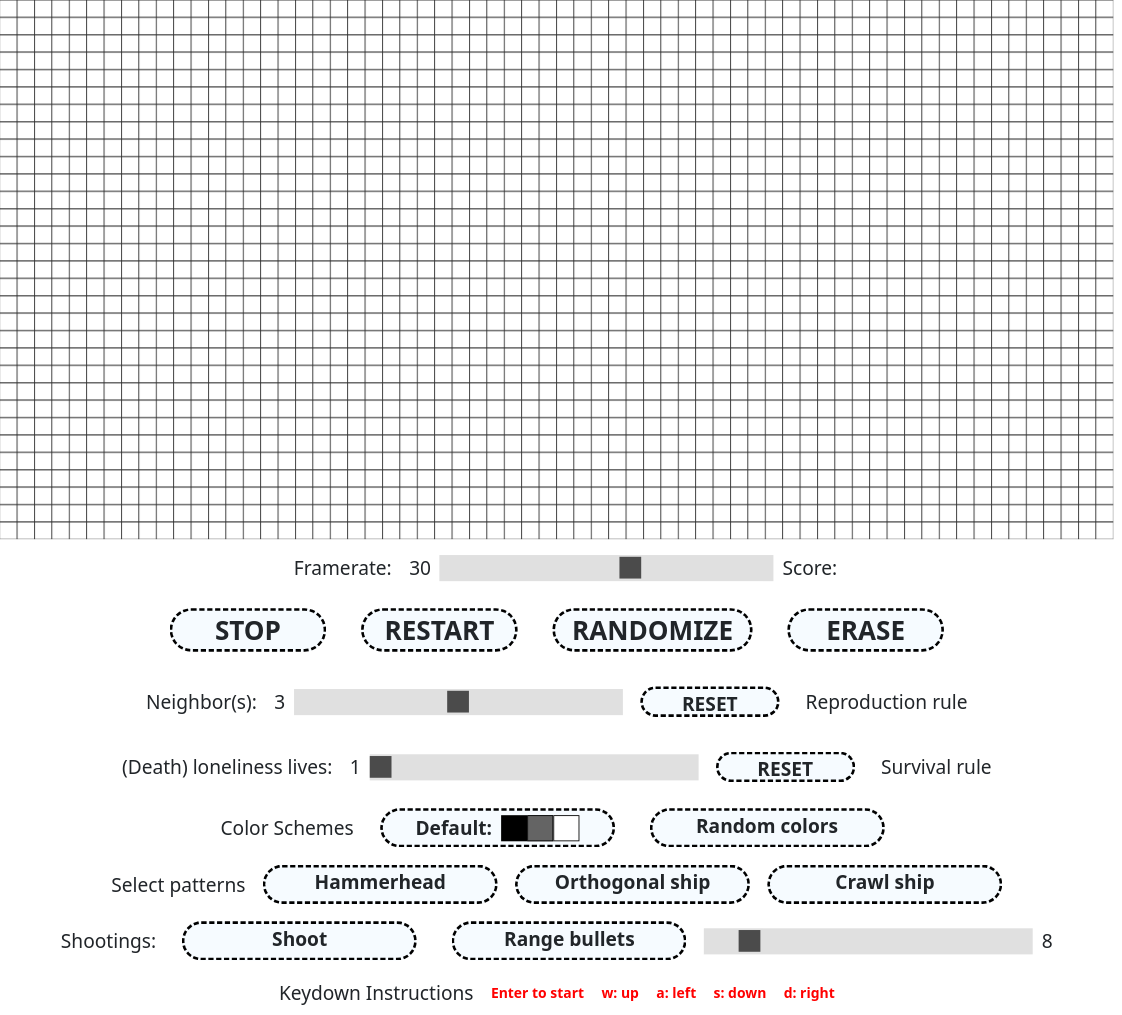
Repository: luckychxn123/game-of-life-22
Page: wef008.html
These files come from the project's save history. The page is drawn as it stood at one moment and after the next save; the edit follows.
The browser window is 1280 px wide. The page is 1290 px wide, so the pictures cover 1290 px, including what lies to the right of the window. The pictures show the whole page, at 87% of full size.
Some web libraries are served in a nearby version.

Above is the page before, as saved 2022-08-21 09:30:27.

### wef008.html
<!DOCTYPE html>
<html lang="en">
<head>
    <meta charset="UTF-8">
    <meta http-equiv="X-UA-Compatible" content="IE=edge">
    <meta name="viewport" content="width=device-width, initial-scale=1.0">
    <title>game of life</title>
    <link href="https://cdn.jsdelivr.net/npm/bootstrap@5.0.2/dist/css/bootstrap.min.css"
        rel="stylesheet" integrity="sha384-EVSTQN3/azprG1Anm3QDgpJLIm9Nao0Yz1ztcQTwFspd3yD65VohhpuuCOmLASjC"
        crossorigin="anonymous">
        <link rel="stylesheet" href="wef008css.css"/>
</head>
<body>
    <div id='canvas'></div>
    <!-- <div class="sliderinfo">Current framerate: <span class="framerate">30</span>
    </div> -->
    <div class="framerateslider">
        <p>Framerate: </p>
        <span class="frvalue">30</span>
        <input type="range" min="3" max="50" value="30" class="slider">
        <div class="score">Score: </div>
    </div>
    <div class="ssbutton">
        <div class="startstop">STOP</div>
        <div class="restart">RESTART</div>
        <div class="randstart">RANDOMIZE</div>
        <div class="eraser">ERASE</div>
        <div class="neighborslider">
            <p>Neighbor(s): </p>
            <span class="nvalue">3</span>
            <input type="range" min="1" max="5" value="3" oninput="n1(this.value)" class="slider">
            <div class="resetneighbor2">RESET</div>
            <p>Reproduction rule</p>
          </div>
        <div class="survivalslider">
          <p>(Death) loneliness lives: </p>
          <span class="svalue">1</span>
          <input type="range" min="1" max="5" value="1" class="slider">
          <!-- [here][me] interesting fact: value='3' will always stay same, for front-end can only changes the input value in between,
            for JS can only take the value and do sth with that value-->
          <div class="resetsurvival">RESET</div>
          <p>Survival rule</p>
        </div>
        <div class="colorscheme">
            <p>Color Schemes </p>
            <div class="default">Default:
                <div class="fir"></div>
                <div class="sec"></div>
                <div class="thi"></div>
            </div>
            <div class="colorful">Random colors </div>
        </div>
        <div class="patternlist">
            <p>Select patterns</p>
            <div>Hammerhead</div>
            <div>Orthogonal ship</div>
            <div>Crawl ship</div>
        </div>
        <div class="keydownshoots">
            <p>Shootings:</p>
            <div>Shoot</div>
            <div>Range bullets</div>
            <input type="range" min="4" max="40" value="8" step="2" class="slider">
            <p class="value">8</p>
            <!-- <div></div> -->
        </div>
        <div class="keydowninstructions">
            <p>Keydown Instructions</p>
            <div>Enter to start</div>
            <div>w: up</div>
            <div>a: left</div>
            <div>s: down</div>
            <div>d: right</div>
        </div>
    </div>
    <script src="https://cdn.jsdelivr.net/npm/bootstrap@5.0.2/dist/js/bootstrap.bundle.min.js"
        integrity="sha384-MrcW6ZMFYlzcLA8Nl+NtUVF0sA7MsXsP1UyJoMp4YLEuNSfAP+JcXn/tWtIaxVXM"
        crossorigin="anonymous"></script>
    <script src="https://cdnjs.cloudflare.com/ajax/libs/p5.js/1.2.0/p5.js"></script>
    <script src="wef008js.js"></script>
</body>
</html>

### wef008css.css

.sliderinfo{
    font-size: 20px;
    /* text-align: center; */
    position: absolute;
    left: 500px;
}
/* .ssbuttons {
    display: flex;
    justify-content: center;
} */
.ssbutton{
    display: flex;
    justify-content: center;
    align-items: center;
    flex-wrap: wrap;
}
.startstop, .restart, .randstart, .eraser{
    background-color: rgba(240, 248, 255, 0.57);
    align-items: center;
    text-align: center;
    box-sizing: border-box;
    width: 180px;
    height: 50px;
    font-size: 30px;
    margin: 20px;
    border-radius: 25px;
    border: dashed 3px black;
    font-weight: bold;

}
.randstart{
    width: 230px;
}
.neighborslider, .survivalslider, .framerateslider, .keydownshoots {
    width: 100%; /* Width of the outside container */
    display:flex;
    justify-content: center;
    align-items: center;
    margin: 0 10px;
  }

  /* The slider itself */
  .neighborslider .slider,  .survivalslider .slider, .framerateslider .slider, .keydownshoots .slider{
    -webkit-appearance: none;  /* Override default CSS styles */
    appearance: none;
    width: 30%; /* Full-width */
    height: 30px; /* Specified height */
    background: #d3d3d3; /* Grey background */
    outline: none; /* Remove outline */
    opacity: 0.7; /* Set transparency (for mouse-over effects on hover) */

  }
  .neighborslider .slider::-webkit-slider-thumb,  .survivalslider .slider::-webkit-slider-thumb,
  .framerateslider .slider::-webkit-slider-thumb, .keydownshoots .slider::-webkit-slider-thumb{
    -webkit-appearance: none;
    appearance: none;
    width: 25px;
    height: 25px;
    background: black;
    cursor: pointer;
  }
  .neighborslider p,  .survivalslider p, .framerateslider p, .nvalue, .svalue, .frvalue,
  .colorscheme p,  .patternlist p, .keydowninstructions p, .keydownshoots p, .framerateslider .score, .keydownshoots .value{
    padding: 10px;
    font-size: 22px;
  }
  .neighborslider p,  .survivalslider p, .framerateslider p{
    margin: 0px;
  }
.resetneighbor2, .resetsurvival{
    /* this is for smaller butons - for slider */
    background-color: rgba(240, 248, 255, 0.57);
    text-align: center;
    box-sizing: border-box;
    width: 160px;
    height: 35px;
    font-size: 22px;
    margin: 20px 20px;
    border-radius: 25px;
    text-align: center;
    border: dashed 3px black;
    font-weight: bold;
}

.colorscheme, .patternlist, .keydowninstructions, .keydownshoots{
    display: flex;
    flex-wrap: wrap;
    justify-content: center;
    align-items: center;
    flex-wrap: wrap;
    width: 100%;
}

.colorscheme p , .patternlist p, .keydowninstructions p, .keydownshoots p{
    margin-bottom: 0;
}
.keydowninstructions{
    justify-content: center;
}
.keydowninstructions div {
    margin: 10px;
    color: red;
    font-weight: bold;
}
.default{
    display:flex;
    margin: 10px 16px;
    justify-content: center;
    align-items: center;
}
.default div{
    width: 30px;
    height: 30px;
}
.default .fir{
    background-color: black;
    margin-left: 10px;
}
.default .sec{
    background-color: rgb(100, 100, 100);
    box-sizing: border-box;
    border: solid black 1px;
}
.default .thi{
    background-color: rgb(255, 255, 255);
    box-sizing: border-box;
    border: solid black 1px;
}
.colorful, .default, .patternlist div, .keydownshoots div{
    background-color: rgba(240, 248, 255, 0.57);
    justify-content: center;
    align-items: center;
    box-sizing: border-box;
    width: 270px;
    height: 45px;
    font-size: 22px;
    margin: 10px 20px;
    border-radius: 25px;
    text-align: center;
    border: dashed 3px black;
    font-weight: bold;
}
.patternlist div{
    margin: 10px;
}

/* <div class="patternlist">Select patterns
<div>Hammerhead</div>
<div>Orthogonal ship</div>
<div>Bear</div>
</div> */

Loaded but not shown: wef008js.js (588 lines, source omitted)

After the next save:
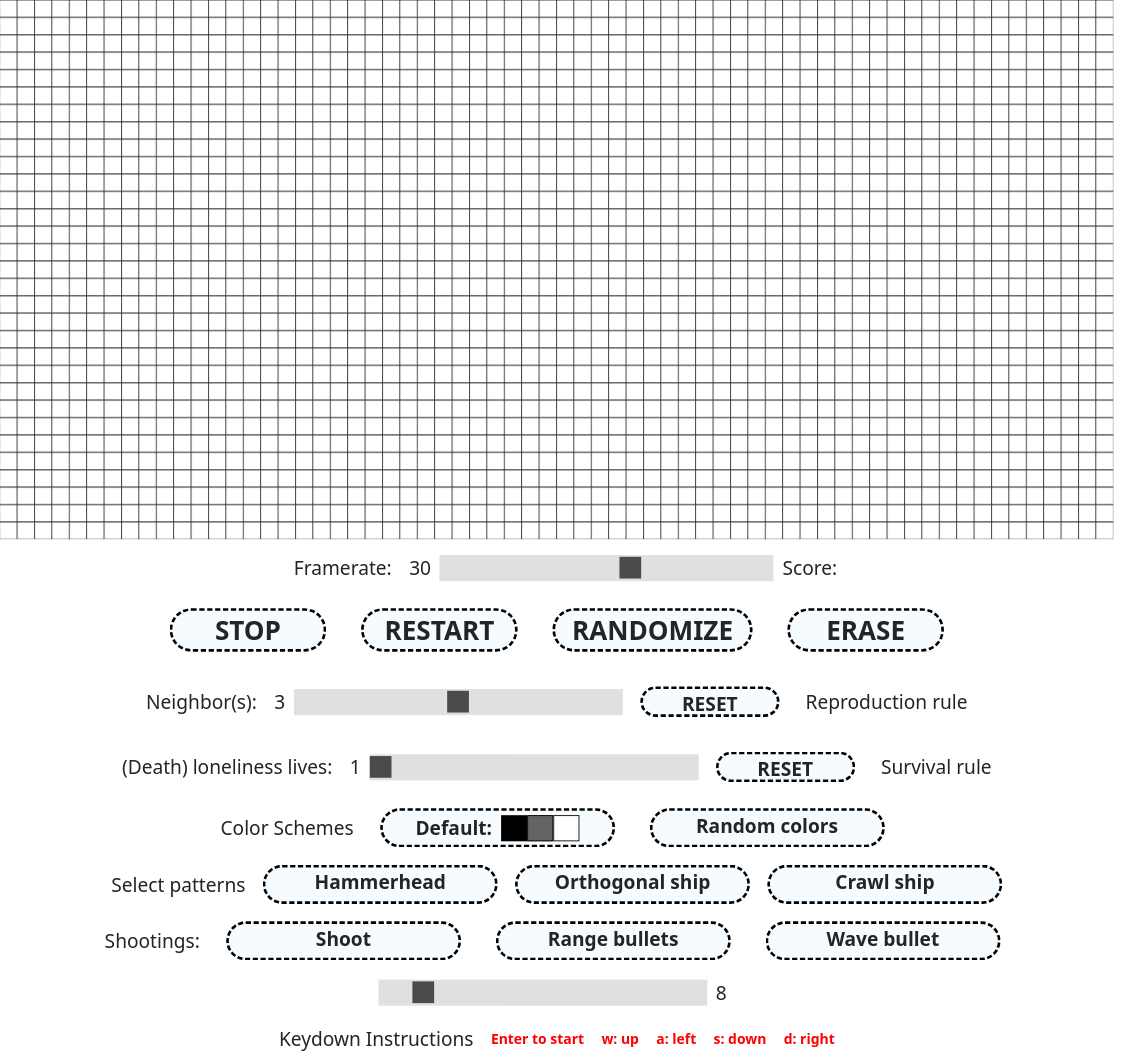
Saved 42 s later.
--- a/wef008.html
+++ b/wef008.html
@@ -60,6 +60,7 @@
             <p>Shootings:</p>
             <div>Shoot</div>
             <div>Range bullets</div>
+            <div>Wave bullet</div>
             <input type="range" min="4" max="40" value="8" step="2" class="slider">
             <p class="value">8</p>
             <!-- <div></div> -->
